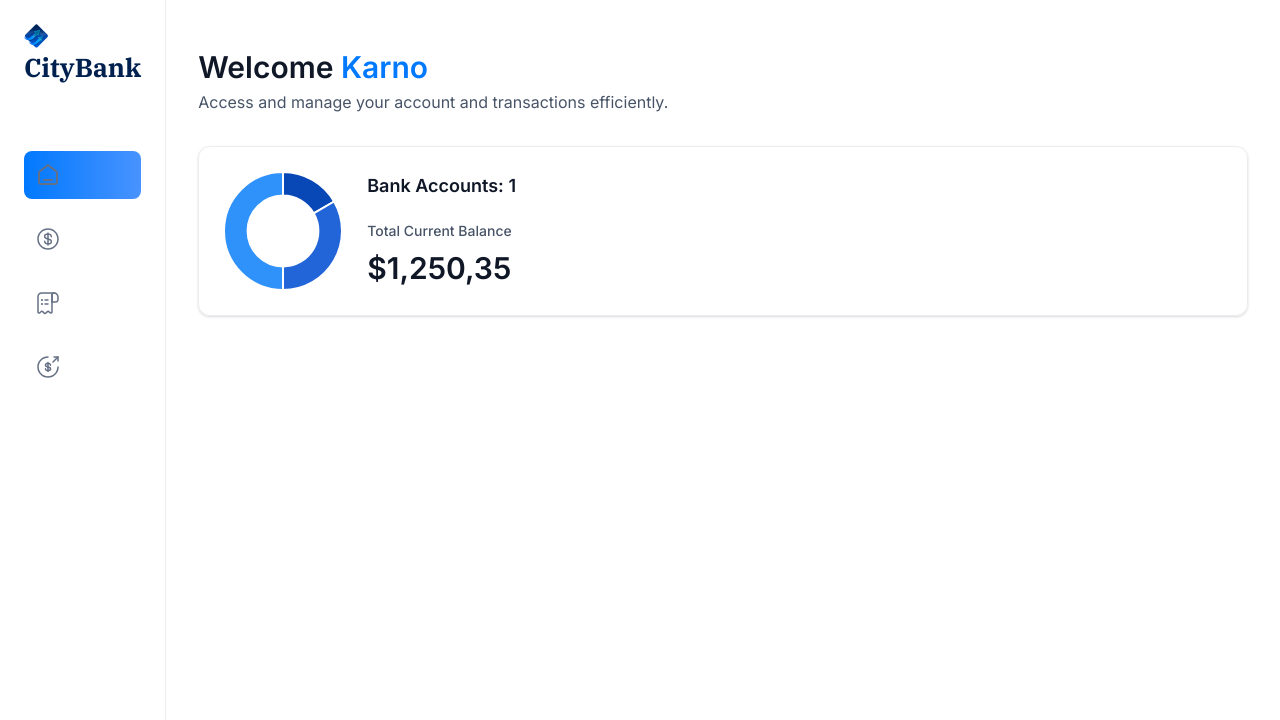
Repository: KarnoSarker/Banking
Page: /
An editor plug-in stored every save of this project. The page is shown before and after the next save, followed by the edit.
The browser window is 1280 px wide. The pictures show the whole page.
The project was rebuilt for these pictures with package versions that can differ from the ones it lists, and the page was loaded fresh each time. The framework's server and built-in components were replaced by stand-ins that run in the browser. Also part of the build but not shown: next.config.mjs.

Above is the page before, as saved 2024-05-15 23:29:55.

After the next save:
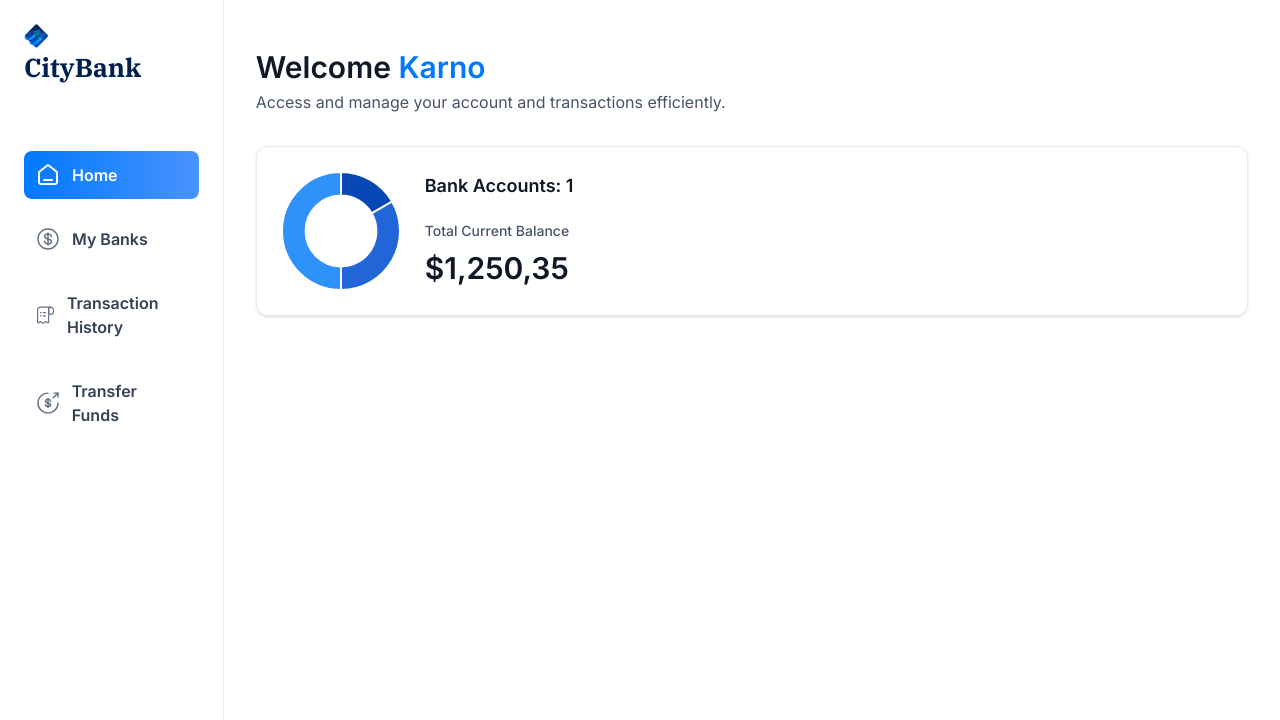
Saved 5 min 21 s later.
--- a/components/Sidebar.tsx
+++ b/components/Sidebar.tsx
@@ -32,8 +32,16 @@ const Sidebar = ({ user }: SiderbarProps) => {
             >
               <div className='relative size-6'>
                 {' '}
-                <Image src={item.imgURL} alt={item.label} fill />
+                <Image
+                  src={item.imgURL}
+                  alt={item.label}
+                  fill
+                  className={cn({ 'brightness-[3] invert-0': isActive })}
+                />
               </div>
+              <p className={cn('sidebar-label', { '!text-white': isActive })}>
+                {item.label}
+              </p>
             </Link>
           );
         })}
